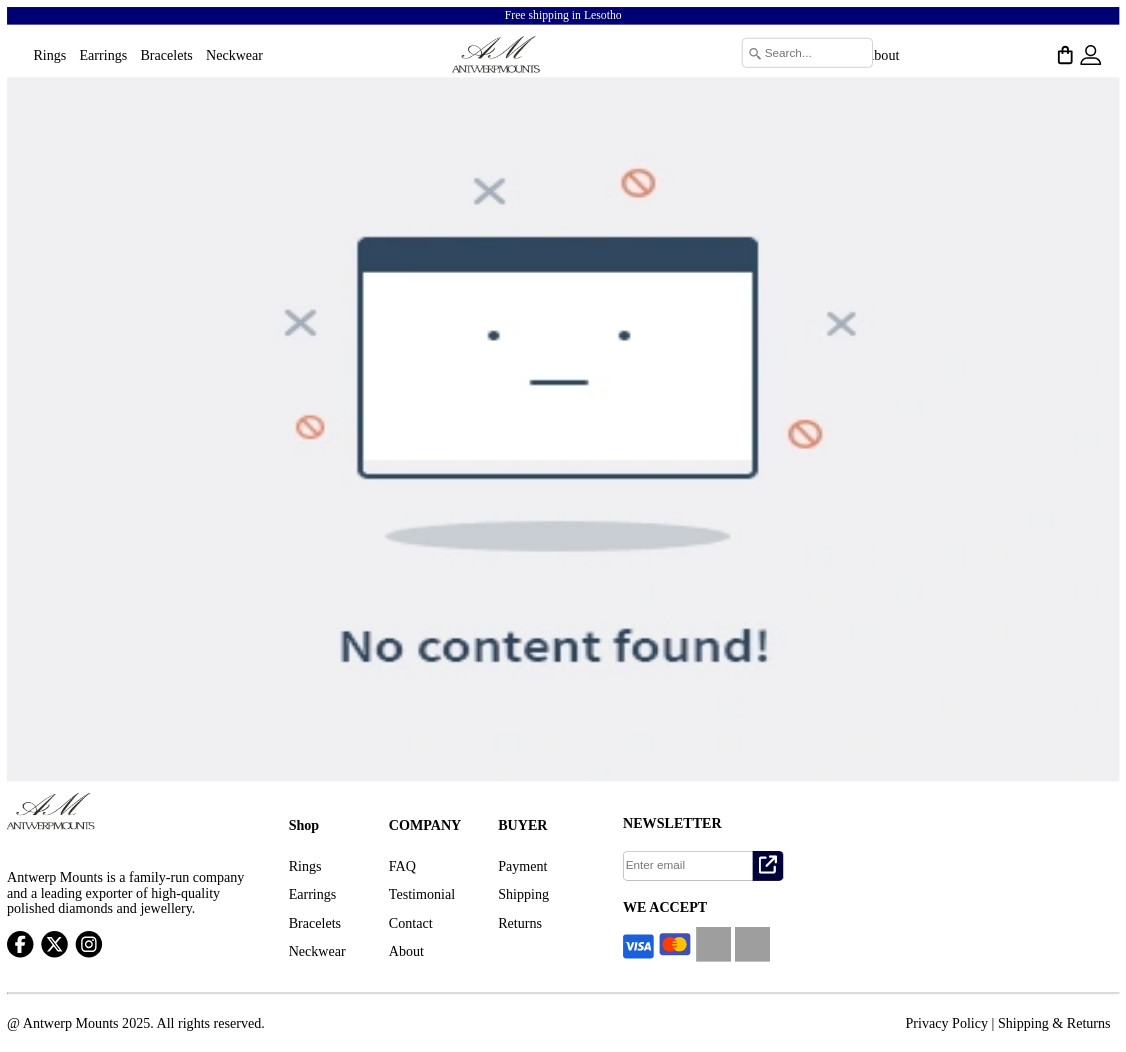
Repository: kea-0424/Web-Development-Project-1
Page: First_collaboration/JewelarySite.html
An editor plug-in stored every save of this project. The page is shown before and after the next save, followed by the edit.
The browser window is 1280 px wide. The pictures show the whole page, at 88% of full size.
Pictures or frames that could not be fetched are drawn as grey boxes.

Above is the page before, as saved 2025-01-23 12:53:17.

### First_collaboration/JewelarySite.html
<!DOCTYPE html>
<html lang="en">
<head>
    <meta charset="UTF-8">
    <meta name="viewport" content="width=device-width, initial-scale=1.0">
    <title>Document</title>
    <link rel="stylesheet" href="./JewelarySite.css">
</head>
<body>
    <header>
        <div class="notification">
            <span>Free shipping in Lesotho</span>
        </div>
        <nav>
                <ul class="navigations"  id="right_nav">
                    <li class="navbar_links"><a href="#">Rings</a></li>
                    <li class="navbar_links"><a href="#">Earrings</a></li>
                    <li class="navbar_links"><a href="#">Bracelets</a></li>
                    <li class="navbar_links"><a href="#">Neckwear</a></li>
                </ul>

            <div class="logo_container">
<img src="Main_Logo-removebg-preview.png" alt="Logo" class="main_logo" id="Nav_logo">
            </div>
                <ul class="navigations" id="left_nav">
                    <li class="navbar_links"><a href="#">FAQ</a></li>
                    <li class="navbar_links"><a href="#">Help</a></li>
                    <li class="navbar_links"><a href="#">About</a></li>
                </ul>
                <form action="#">
                    <div class="searchbar_container">
                        <img src="./bx-search-alt-2.svg" alt="icon" class="searchbar_icon">
                        <input class='searchbar' type="text" placeholder="Search...">
                    </div>
                </form>
                <div class="nav_icons">
                    <img src="./cart.svg" alt="Logo" class="icon">
                    <img src="./profile.svg" alt="Logo" class="icon">
                </div>
        </nav>
    </header>
    <main>
        <img src="./NoContent.webp" alt="No_Content" class="No_Content">
    </main>
    <footer>
        <div class="about_us">
            <div class="logo_container">
                <img src="Main_Logo-removebg-preview.png" alt="Logo" class="main_logo">
                            </div>
                            <div class="bio">
                                <p>Antwerp Mounts is a family-run company<br>
                                    and a leading exporter of high-quality<br>
                                   polished diamonds and jewellery.</p>
                            </div>
                                <div class="social_media">
                                    <div class="socials1" >
                                        <a href="#"><img src="./facebook-f-brands-solid.svg" alt="Facebook" id="facebook_link"></a>
                                    </div>
                                    <div class="socials2">
                                        <a href="#"><img src="./x-twitter-brands-solid.svg" alt="Twitter" id="X_link"></a>
                                    </div>
                                    <div class="socials2">
                                        <a href="#"><img src="./instagram-brands-solid.svg" alt="Instagram" id="instagram_link"></a>
                                    </div>
                                    </div>
        </div>
        <div class="navigation">
            <div class="list1">
                <h4>Shop</h4>
                <ul class="footer_lists">
                    <li><a href="#">Rings</a></li>
                    <li><a href="#">Earrings</a></li>
                    <li><a href="#">Bracelets</a></li>
                    <li><a href="#">Neckwear</a></li>
                </ul>
            </div>
            <div class="list2">
               <h4>COMPANY</h4>
               <ul class="footer_lists">
                <li><a href="#">FAQ</a></li>
                <li><a href="#">Testimonial</a></li>
                <li><a href="#">Contact</a></li>
                <li><a href="#">About</a></li>
               </ul>
            </div>
            <div class="list3">
                <h4>BUYER</h4>
                <ul class="footer_lists">
                    <li><a href="#">Payment</a></li>
                    <li><a href="#">Shipping</a></li>
                    <li><a href="#">Returns</a></li>
                </ul>
            </div>
        </div>
        <div class="Subscription">
            <h4>NEWSLETTER</h4>
            <form action="#">
                <div class="input_container">
                    <input type="text" placeholder="Enter email" class="newsletter_input">
                    <button type="submit" class="submit_btn"><img src="./arrow-up-right-from-square-solid.svg" alt="arrow"></button>
                </div>
            </form>
            <h4>WE ACCEPT</h4>
            <div class="payment_methods">
                <div class="payment_method">
                    <img src="./cc-visa-brands-solid.svg" alt="visa" id="visa">
                </div>
                <div class="payment_method">
                    <img src="mastercard.svg" alt="mastercard" id="mastercard">
                </div>
                <div class="payment_method">
                    <img src="./paypal.svg" alt="paypal" id="paypal">
        </div>
        <div class="payment_method">
            <img src="./skrill.svg" alt="skrill" id="skrill">
        </div>
            </div>
        </div>
        <hr>
        <div class="copyright">
            <p class="left_details">@ Antwerp Mounts 2025. All rights reserved.</p>
            <p class="right_details">Privacy Policy | Shipping & Returns</p>
        </div>
    </footer>
</body>
</html>

### First_collaboration/JewelarySite.css

body {
    box-sizing: border-box;
}
.notification {
    background-color: rgb(0 0 117);
    color: rgb(255 255 255);
    display: flex;
    align-items: center;
    justify-content: center;
    font-size: smaller;
    width: inherit;
    height: 20px;
}
nav {
    display: flex;
    justify-content: space-between;
    /*padding: 10px;*/
}
.main_logo {
    height: 80px;
    width: 100px;
    margin-top: 0;

}
#Nav_logo {
    margin: 0 auto;
    position: absolute;
    left: 40%;
}
.navigations,.navbar_links {
    list-style-type: none;
    display: flex;
    justify-content: space-between;
list-style: none;
text-decoration: none;
color: inherit;
margin-right: 15px;
padding: 0;
}
nav {
    position:relative;
    width: 100%;
    height: 60px
}

a {
    text-decoration: none;
color: inherit;
}
a:hover {
    /*font-size: larger;*/
    transition: font-size 0.2s ease-in-out;
    position: relative;
    /*background-color: blue;*/
    color: rgba(0 0 255 / 0.26);
    border-radius: 3px;
}
main,.No_Content {
    width: 100%;
    height: 800px;
}
.searchbar {
    width: 120px;
    height: 30px;
    border-radius: 5px;
    border: 1px solid #ccc;
    margin-top: 18px;
    padding-left: 25px;
    position: absolute;
    bottom: 1px;
}
.searchbar_container{
/*border: 1px solid red;*/
    width: 120px;
    height: 30px;
    position: relative;
    left: 300px;
    top: 20px;
}
.searchbar_icon{
    position: absolute;
    z-index: 1;
    margin-left: 7px;
    opacity: 0.5;
    height: 17px;
    width: 17px;
    top: 5px;
}
.navbar_links {
    margin-top: 10px;
}
.icon {
    width: 25px;
    height: 25px;
    margin-top: 22px;
}
#left_nav{
    position: absolute;
    right: 220px;
}
#right_nav {
    position: absolute;
    left: 30px;
}
.nav_icons {
    margin-right: 20px;
}
.socials1, .socials2, .socials3 {
   /*border: 1px solid red;*/
    display: inline-block;
    height: 30px;
    width: 30px;
    background-color: black;
    border-radius: 50%;
    margin-right: 5px;
    padding: 5px;
    box-sizing: border-box;
}
.bio {
    /*border: 1px solid red;*/
    display: inline-block;
}
#facebook_link{
    height: 20px;
    width: 20px;
}
#instagram_link {
    height: 20px;
    width: 20px;
}
#X_link {
    height: 20px;
    width: 20px;
    display: inline-block;
}
/*.list1,.list2,.list3*/.navigation{
    /*border: 1px solid red;*/
    display: inline-block;
    position: absolute;
    left: 320px;
    top: 20px;
box-sizing: border-box;
}
footer {
    /*border: 1px solid red;*/
    position: relative;
}
.list1,.list2,.list3 {
    /*border: 1px solid red;*/
    display: inline-block;
    box-sizing: border-box;
    margin-right: 5px;
}
.list3 {
    position: relative;
    bottom: 32px;
}
.footer_lists {
    position: relative;
    right: 40px;
    list-style: none;
    line-height: 2em;
}
.input_container{
    /*border: 1px solid red;*/
    display: inline;
    height: 33px;
    position: relative;
    border-radius: 5px;
    z-index: 1
}
.newsletter_input {
    height: 30px;
    overflow: hidden;
    border-radius: 5px;
    border: 1px solid rgba(0 0 0 / 0.25);
    /*z-index: 1;*/
}
.submit_btn {
    background-color: rgb(2 2 59);
    border: 1px solid transparent;
    height: 34px;
    width: 35px;
    position: absolute;
right: 1px;
    border-radius:0px 5px 5px 0px;
}
#visa, #mastercard, #paypal, #skrill {
    height: 40px;
    width: 40px;
}
#visa {
    height: 35px;
    width: 35px;
}
#visa:hover, #mastercard:hover, #paypal:hover, #skrill:hover {
    height: 50px;
    width: 50px;
}
.payment_method {
    /*border: 1px solid red;*/
    display: inline-block;
    position: relative;
    bottom: 8px;
}
.Subscription {
/*border: 1px solid red;*/
display: inline;
position: absolute;
left: 700px;
top:18px;
}
hr {
    margin-top: 40px;
}
.copyright {
   /* border: 1px solid red;*/
    position: relative;
}
.left_details {
    /*border: 1px solid red;*/
    display: inline-block;
}
.right_details {
    /*border: 1px solid red;*/
    display: inline;
    position: absolute;
    right: 10px;
}

After the next save:
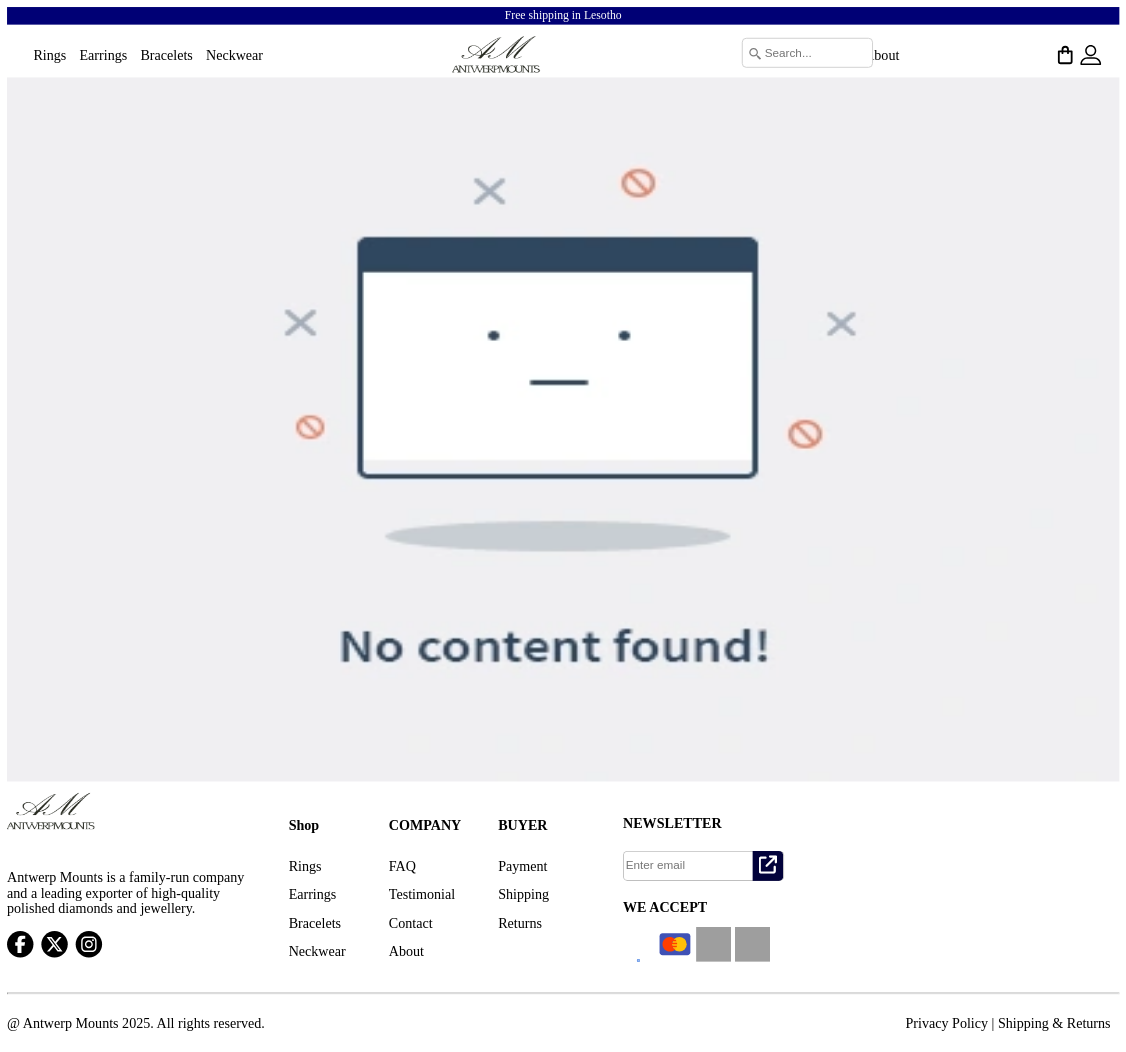
Saved 18 s later.
--- a/First_collaboration/JewelarySite.css
+++ b/First_collaboration/JewelarySite.css
@@ -191,7 +191,7 @@ right: 1px;
     width: 40px;
 }
 #visa {
-    height: 35px;
+    height: 3px;
     width: 35px;
 }
 #visa:hover, #mastercard:hover, #paypal:hover, #skrill:hover {
